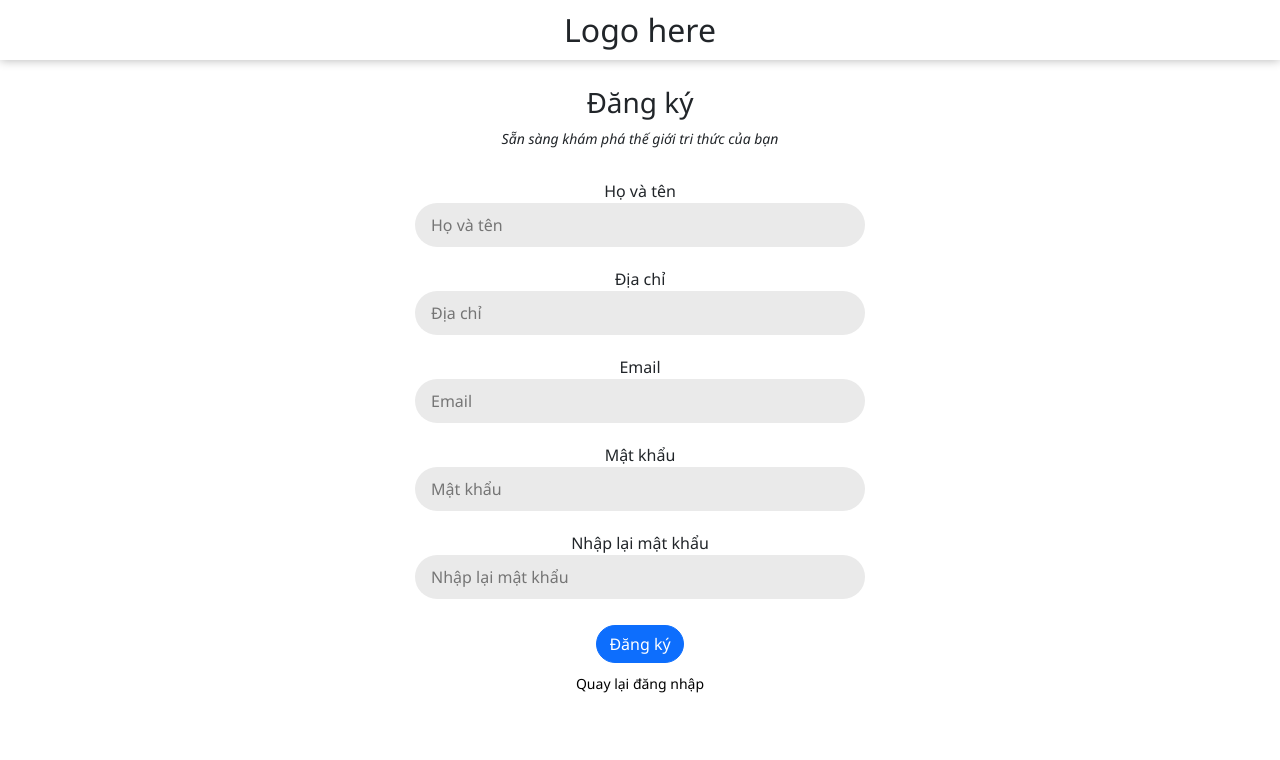
Repository: Kafierence/Book-store
Page: http://localhost/pages/register.php
The author's editor kept a copy of each file at every save. The page is drawn from the files as they stood at one save, then again after the next save.
The browser window is 1280 px wide. The pictures show the whole page.
The page is run by PHP 8.4 with error messages shown; the project is at /var/www/html/.

Above is the page before, as saved 2022-06-24 20:22:47.

After the next save:
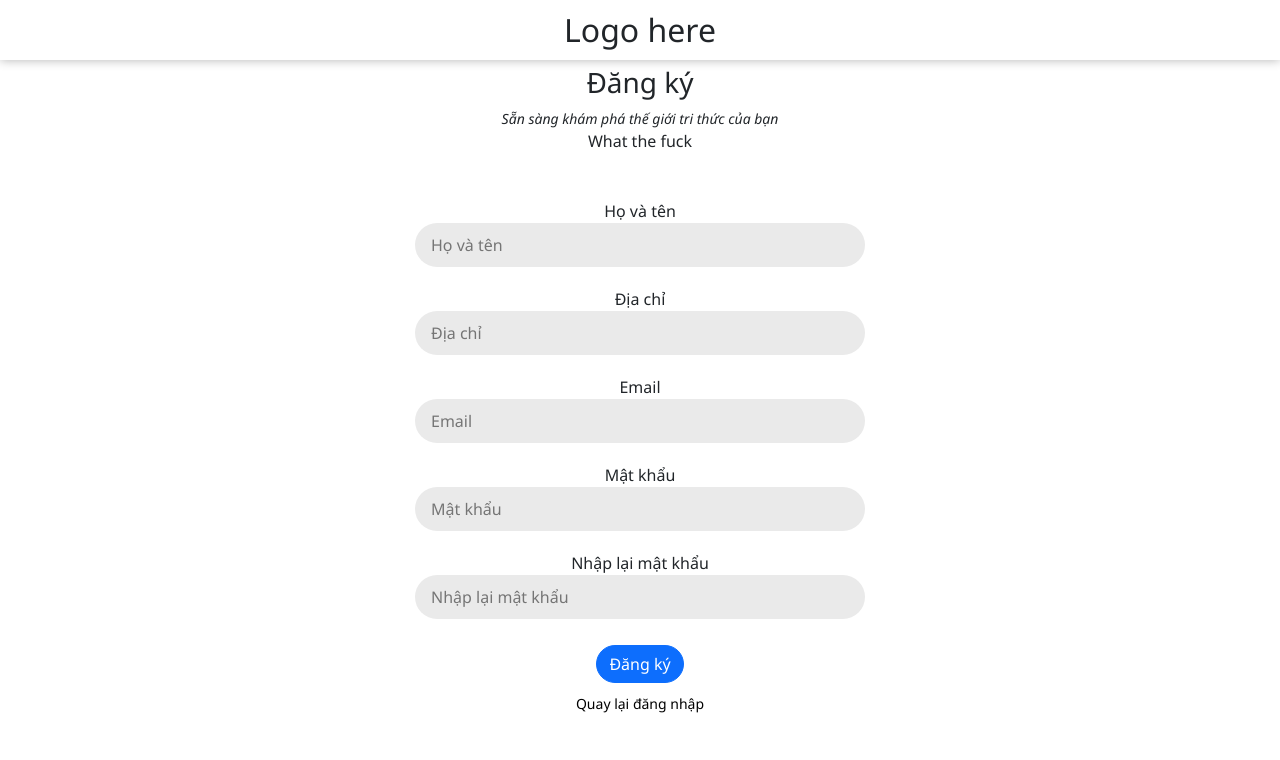
Saved 60 s later.
--- a/pages/register.php
+++ b/pages/register.php
@@ -20,15 +20,7 @@
                             <h3 class="hero__title">Đăng ký</h3>
                             <p class="hero__sub-title">Sẵn sàng khám phá thế giới tri thức của bạn</p>
                             <?php
-                                if (isset($_GET["error"]))
-                                {
-                                    if($_GET["error"]=="emptyinput"){
-                                        echo "<p class='hero__sub-title' >Please FIll in al fields </p>";
-                                    }
-                                    else if($_GET["error"]=="invalidName"){
-                                        echo "<p class='hero__sub-title' >Invalid Username </p>";
-                                    }
-                                }
+                          echo "<p>What the fuck </p>"
                                 ?>
                         </div>
                         <section class="register__region">

After the 2 saves that followed:
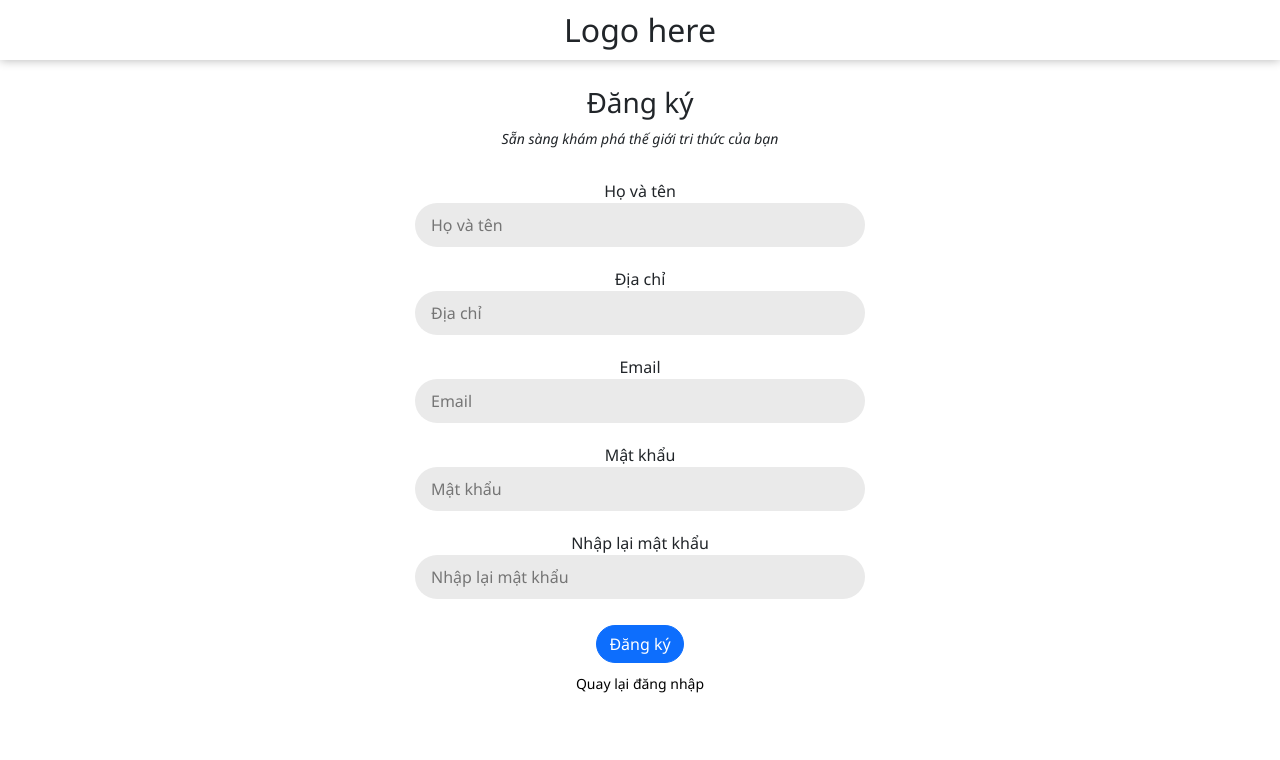
The 2 saves are shown as one change because they came seconds apart.
The last was saved 46 s later.
--- a/pages/register.php
+++ b/pages/register.php
@@ -20,7 +20,9 @@
                             <h3 class="hero__title">Đăng ký</h3>
                             <p class="hero__sub-title">Sẵn sàng khám phá thế giới tri thức của bạn</p>
                             <?php
-                          echo "<p>What the fuck </p>"
+                                if(isset($_GET["error"])){
+                                    echo "<p> Have error </p>";
+                                }
                                 ?>
                         </div>
                         <section class="register__region">
